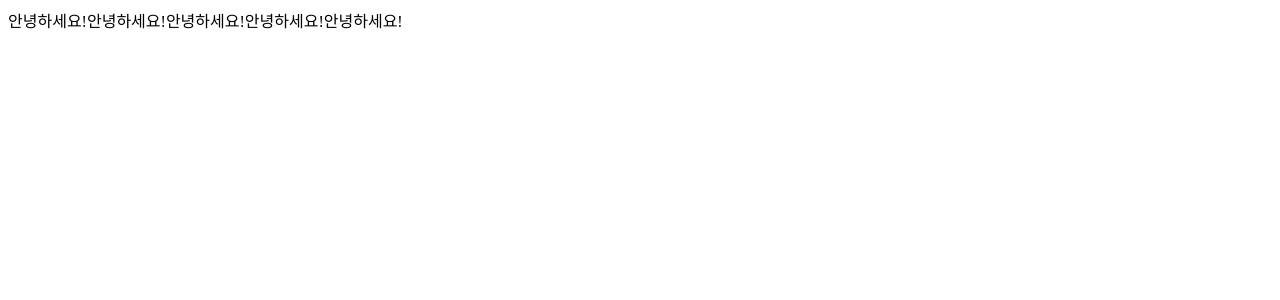
Repository: mjh1583/Hustar03_eGov
Page: http://localhost/JavaScript/js015.jsp
These files come from the project's save history. The page is drawn as it stood at one moment and after the next save; the edit follows.
The browser window is 1280 px wide. The pictures show the whole page.
The page is served by Tomcat 9.

Above is the page before, as saved 2021-05-07 07:04:19.

### workspace/JavaScript/src/main/webapp/js015.jsp
<%@ page language="java" contentType="text/html; charset=UTF-8"
    pageEncoding="UTF-8"%>
<!DOCTYPE html>
<html>
<head>
	<meta charset="UTF-8">
	<title>날짜, interval</title>
</head>
<body>
	<div id="interval">

	</div>

	<script src="https://code.jquery.com/jquery-3.6.0.js"></script>
	<script type="text/javascript">
		$(document).ready(function() {
			fn_interval();
		});

		function fn_interval() {
			var intver = setInterval(function() {
				$("#interval").append("안녕하세요!");
			}, 1000);
		}
	</script>
</body>
</html>

After the next save:
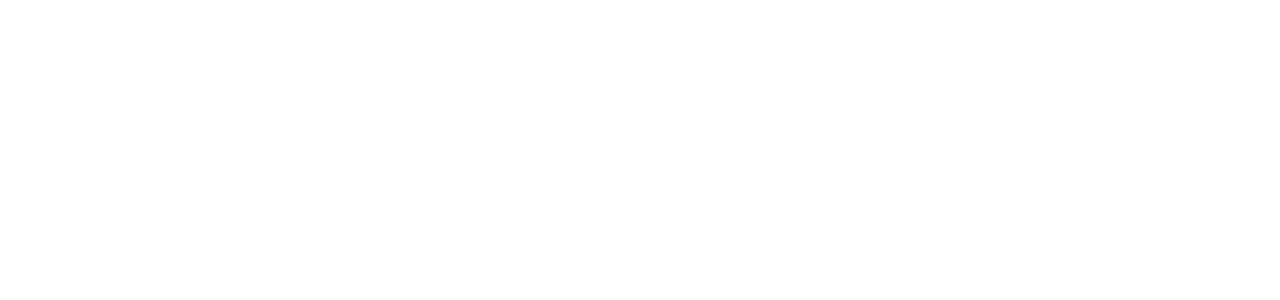
Console error: SyntaxError: Illegal break statement
Saved 25 s later.
--- a/workspace/JavaScript/src/main/webapp/js015.jsp
+++ b/workspace/JavaScript/src/main/webapp/js015.jsp
@@ -17,8 +17,13 @@
 			fn_interval();
 		});
 
+		var cnt = 0;
 		function fn_interval() {
 			var intver = setInterval(function() {
+				cnt++;
+				if(cnt == 10) {
+					break;
+				}
 				$("#interval").append("안녕하세요!");
 			}, 1000);
 		}

After the save that followed:
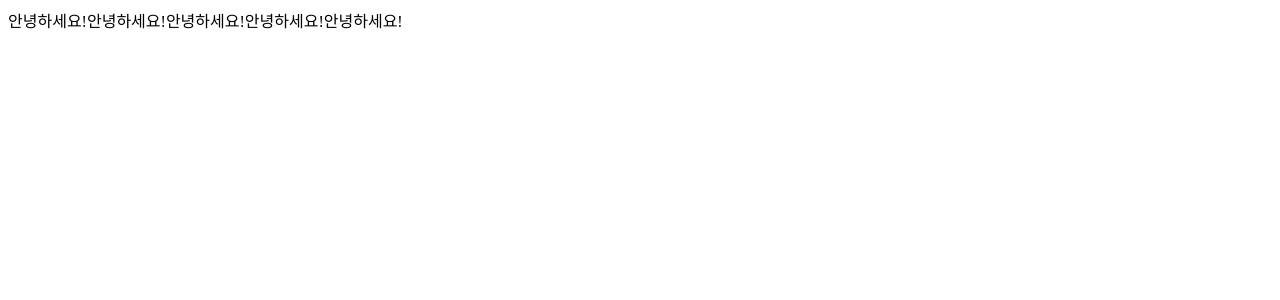
The error is gone.
Saved 32 s later.
--- a/workspace/JavaScript/src/main/webapp/js015.jsp
+++ b/workspace/JavaScript/src/main/webapp/js015.jsp
@@ -22,7 +22,7 @@
 			var intver = setInterval(function() {
 				cnt++;
 				if(cnt == 10) {
-					break;
+					clearInterval(intver);
 				}
 				$("#interval").append("안녕하세요!");
 			}, 1000);
